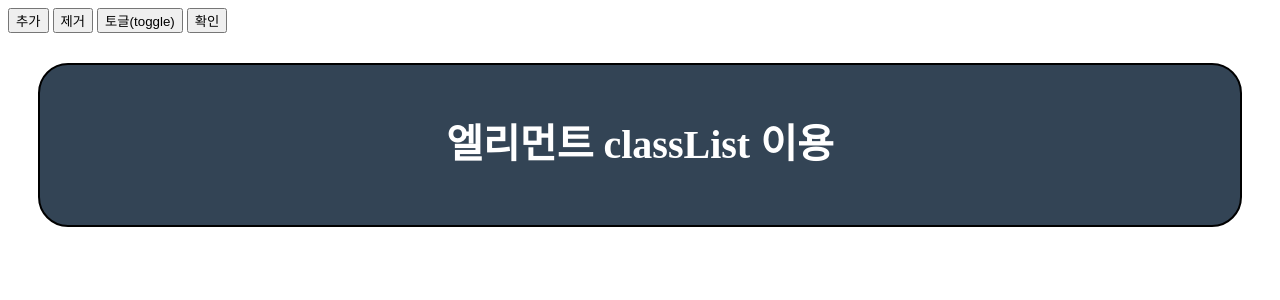
Repository: SeungjaeYu/webstudy
Page: webstudy/14_javascript/ch07_style/test04.html
These files come from the project's save history. The page is drawn as it stood at one moment and after the next save; the edit follows.
The browser window is 1280 px wide. The pictures show the whole page.
After loading, the first visible `button` was clicked once.

Above is the page before, as saved 2019-10-01 11:36:31.

### webstudy/14_javascript/ch07_style/test04.html
<!DOCTYPE html>
<html lang="en">
<head>
    <meta charset="UTF-8">
    <meta name="viewport" content="width=device-width, initial-scale=1.0">
    <meta http-equiv="X-UA-Compatible" content="ie=edge">
    <title>Document</title>
    <style>
        h2 {
            transition: 2s;
        }
        .a {
            border: 2px solid black;
            background: #345;
            color: white;
            margin: 30px;
            padding: 30px;
            height: 100px;
            text-align: center;
            line-height: 100px;
            border-radius: 30px;
        }
        .b {
            font-size: 40px;
            font-weight: bold;
        }
    </style>
</head>
<body>
    <div>
        <button onclick="addClass()">추가</button>
        <button onclick="removeClass()">제거</button>
        <button onclick="toggleClass()">토글(toggle)</button>
        <button onclick="hasClass()">확인</button>
    </div>
    <div id="result">엘리먼트 classList 이용</div>
    <script>
        let divEle = document.querySelector("#result");
        function addClass() {
            divEle.classList.add("a");
            divEle.classList.add("b");
        }
        function removeClass() {}
        function toggleClass() {}
        function hasClass() {}
    </script>
</body>
</html>

After the next save:
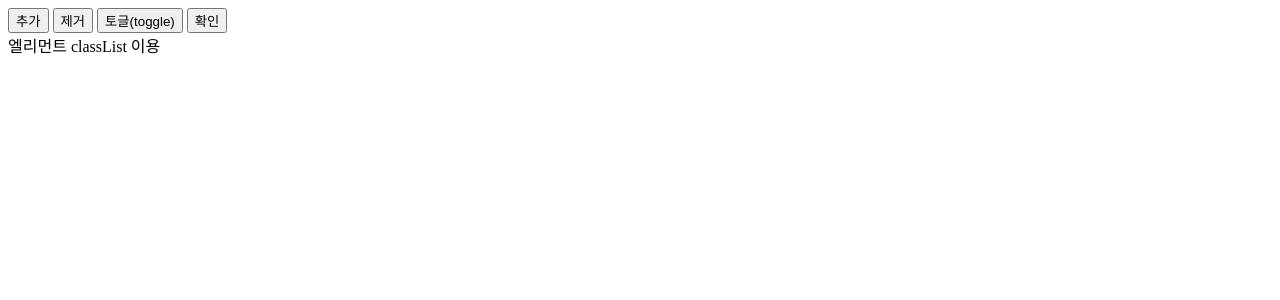
Saved 18 s later.
--- a/webstudy/14_javascript/ch07_style/test04.html
+++ b/webstudy/14_javascript/ch07_style/test04.html
@@ -37,8 +37,11 @@
     <script>
         let divEle = document.querySelector("#result");
         function addClass() {
+            /*
             divEle.classList.add("a");
             divEle.classList.add("b");
+            */
+            divEle.cl
         }
         function removeClass() {}
         function toggleClass() {}

After the 2 saves that followed:
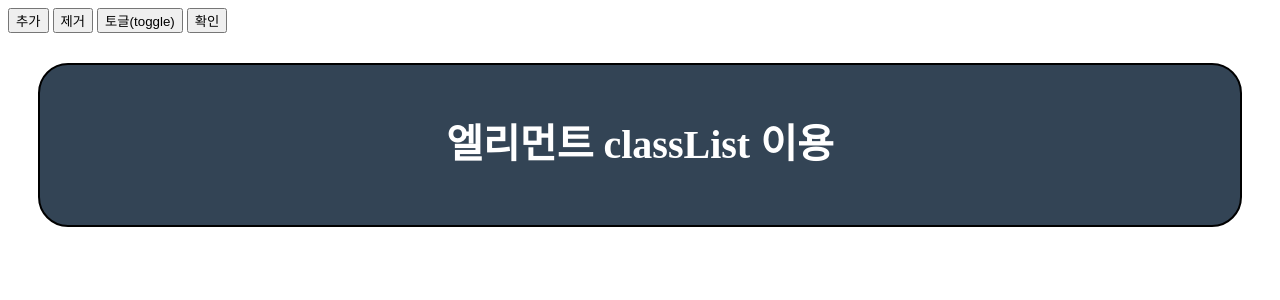
The 2 saves are shown as one change because they came seconds apart.
The last was saved 7 s later.
--- a/webstudy/14_javascript/ch07_style/test04.html
+++ b/webstudy/14_javascript/ch07_style/test04.html
@@ -41,7 +41,7 @@
             divEle.classList.add("a");
             divEle.classList.add("b");
             */
-            divEle.cl
+            divEle.classList.add("a", "b");
         }
         function removeClass() {}
         function toggleClass() {}
